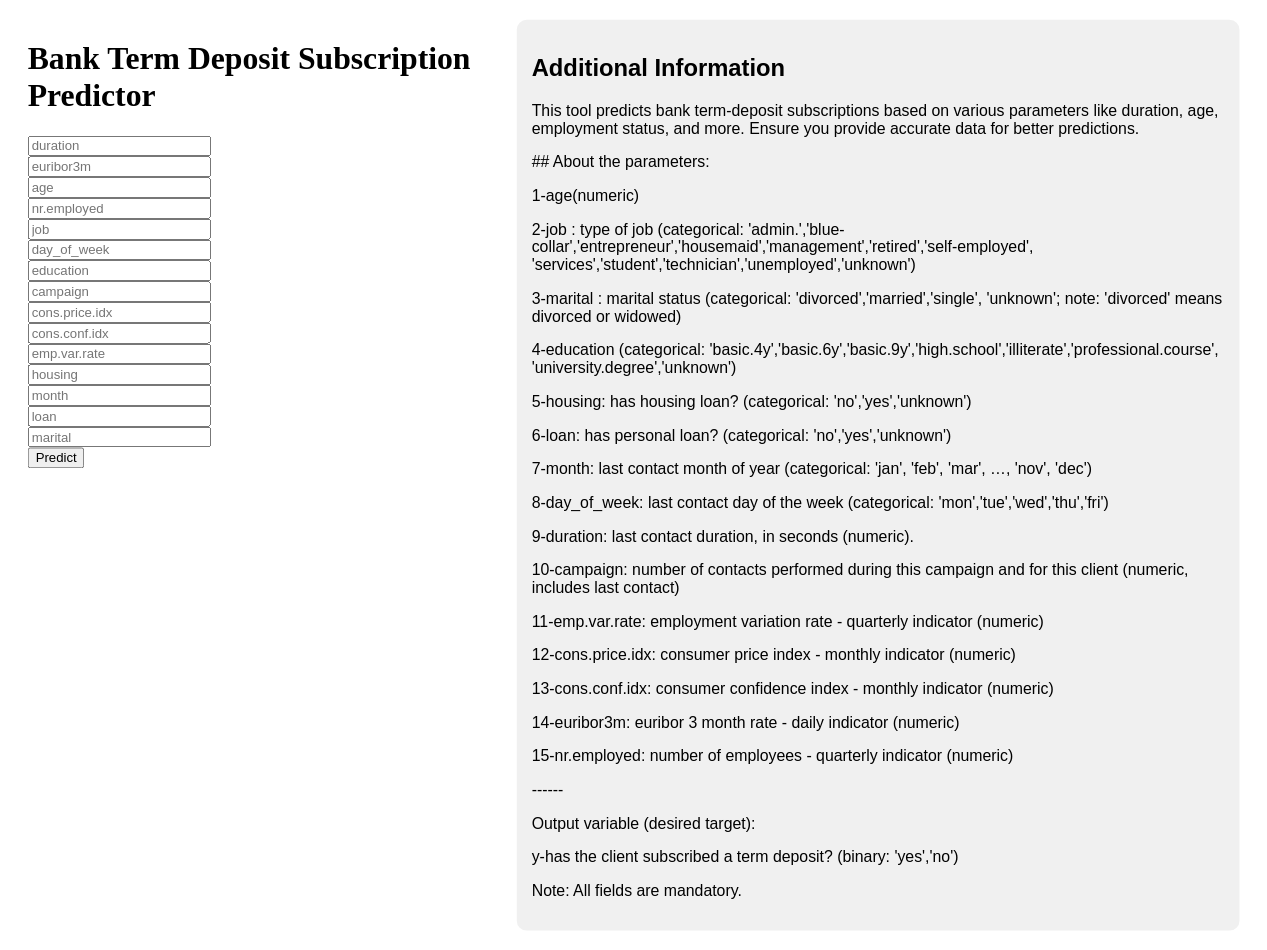
Repository: sameerhussain6/End-to-End-ML-Bank-term-Prediction
Page: templates/home.html
An editor plug-in stored every save of this project. The page is shown before and after the next save, followed by the edit.
The browser window is 1280 px wide. The pictures show the whole page, at 99% of full size.
Some web fonts or font styles are not loaded; a fallback is used. The template is drawn by Flask 3. The application's start-up code is not run. Other server files are loaded and not shown. The template is opened directly, without the code that normally fills it, so the values that code supplies are empty.

Above is the page before, as saved 2025-01-31 19:42:34.

### templates/home.html
<!DOCTYPE html>
<html>

<head>
  <meta charset="UTF-8">
  <title>BANK TERM-DEPOSIT Subscription</title>
  <link href='https://fonts.googleapis.com/css?family=Pacifico' rel='stylesheet' type='text/css'>
  <link href='https://fonts.googleapis.com/css?family=Arimo' rel='stylesheet' type='text/css'>
  <link href='https://fonts.googleapis.com/css?family=Hind:300' rel='stylesheet' type='text/css'>
  <link href='https://fonts.googleapis.com/css?family=Open+Sans+Condensed:300' rel='stylesheet' type='text/css'>

  <style>
    .content-container {
      display: flex;
      justify-content: space-between;
      margin: 20px;
    }
    .login {
      width: 60%;
    }
    .info-box {
      width: 85%;
      background-color: #f0f0f0;
      padding: 15px;
      border-radius: 10px;
      font-family: 'Arimo', sans-serif;
    }
  </style>
</head>

<body>
  <div class="content-container">
    <div class="login">
      <h1>Bank Term Deposit Subscription Predictor</h1>

      <form action="{{ url_for('predict')}}" method="post">
        <input type="text" name="duration" placeholder="duration" required="required" /><br>
        <input type="text" name="euribor3m" placeholder="euribor3m" required="required" /><br>
        <input type="text" name="age" placeholder="age" required="required" /><br>
        <input type="text" name="nr.employed" placeholder="nr.employed" required="required" /><br>
        <input type="text" name="job" placeholder="job" required="required" /><br>
        <input type="text" name="day_of_week" placeholder="day_of_week" required="required" /><br>
        <input type="text" name="education" placeholder="education" required="required" /><br>
        <input type="text" name="campaign" placeholder="campaign" required="required" /><br>
        <input type="text" name="cons.price.idx" placeholder="cons.price.idx" required="required" /><br>
        <input type="text" name="cons.conf.idx" placeholder="cons.conf.idx" required="required" /><br>
        <input type="text" name="emp.var.rate" placeholder="emp.var.rate" required="required" /><br>
        <input type="text" name="housing" placeholder="housing" required="required" /><br>
        <input type="text" name="month" placeholder="month" required="required" /><br>
        <input type="text" name="loan" placeholder="loan" required="required" /><br>
        <input type="text" name="marital" placeholder="marital" required="required" /><br>
        <button type="submit" class="btn btn-primary btn-block btn-large">Predict</button>

    </form>
  </p>{{prediction_text}}</p>
    </div>


    <div class="info-box">
      <h2>Additional Information</h2>
      <p>This tool predicts bank term-deposit subscriptions based on various parameters like duration, age, employment status,
        and more. Ensure you provide accurate data for better predictions.</p>
      </p>## About the parameters:</p>
    </p>1-age(numeric)</p>
    </p>2-job : type of job (categorical: 'admin.','blue-collar','entrepreneur','housemaid','management','retired','self-employed',
    'services','student','technician','unemployed','unknown')</p>
    </p>3-marital : marital status (categorical: 'divorced','married','single',
                   'unknown'; note: 'divorced' means divorced or widowed)</p>
    </p>4-education (categorical: 'basic.4y','basic.6y','basic.9y','high.school','illiterate','professional.course',
            'university.degree','unknown')</p>
    </p>5-housing: has housing loan? (categorical: 'no','yes','unknown')</p>
    </p>6-loan: has personal loan? (categorical: 'no','yes','unknown')</p>
    </p>7-month: last contact month of year (categorical: 'jan', 'feb', 'mar', …, 'nov', 'dec')</p>
    </p>8-day_of_week: last contact day of the week (categorical: 'mon','tue','wed','thu','fri')</p>
    </p>9-duration: last contact duration, in seconds (numeric).</p>
    </p>10-campaign: number of contacts performed during this campaign and for this client (numeric, includes last contact)</p>
    </p>11-emp.var.rate: employment variation rate - quarterly indicator (numeric)</p>
    </p>12-cons.price.idx: consumer price index - monthly indicator (numeric)</p>
    </p>13-cons.conf.idx: consumer confidence index - monthly indicator (numeric)</p>
    </p>14-euribor3m: euribor 3 month rate - daily indicator (numeric)</p>
    </p>15-nr.employed: number of employees - quarterly indicator (numeric)</p>
        ------
    </p>Output variable (desired target):</p>
  </p>y-has the client subscribed a term deposit? (binary: 'yes','no')</p>
      <p>Note: All fields are mandatory.</p>
    </div>
  </div>
</body>

</html>

After the next save:
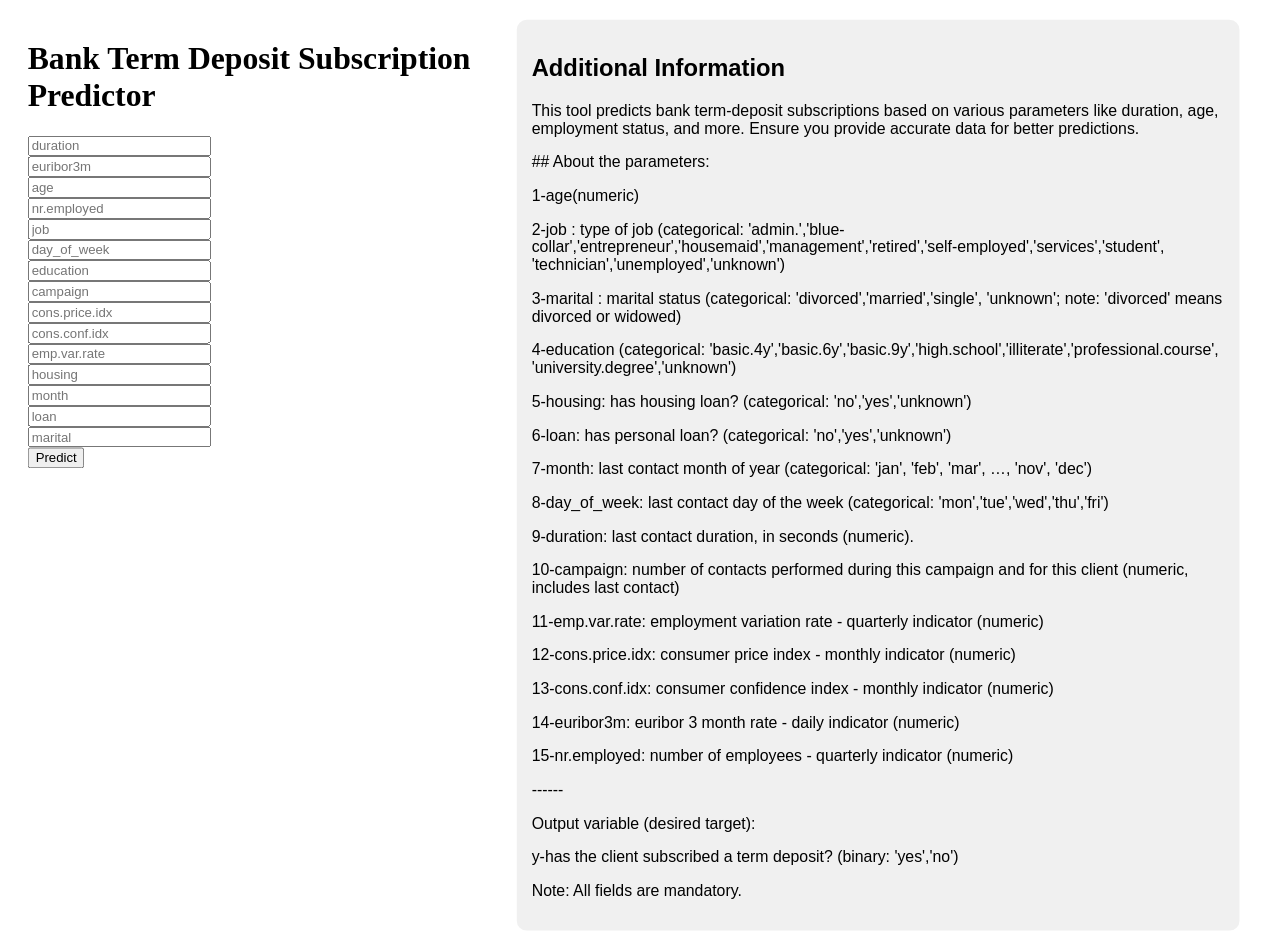
Saved 22 s later.
--- a/templates/home.html
+++ b/templates/home.html
@@ -62,8 +62,8 @@
         and more. Ensure you provide accurate data for better predictions.</p>
       </p>## About the parameters:</p>
     </p>1-age(numeric)</p>
-    </p>2-job : type of job (categorical: 'admin.','blue-collar','entrepreneur','housemaid','management','retired','self-employed',
-    'services','student','technician','unemployed','unknown')</p>
+    </p>2-job : type of job (categorical: 'admin.','blue-collar','entrepreneur','housemaid','management','retired','self-employed','services','student',
+    'technician','unemployed','unknown')</p>
     </p>3-marital : marital status (categorical: 'divorced','married','single',
                    'unknown'; note: 'divorced' means divorced or widowed)</p>
     </p>4-education (categorical: 'basic.4y','basic.6y','basic.9y','high.school','illiterate','professional.course',
